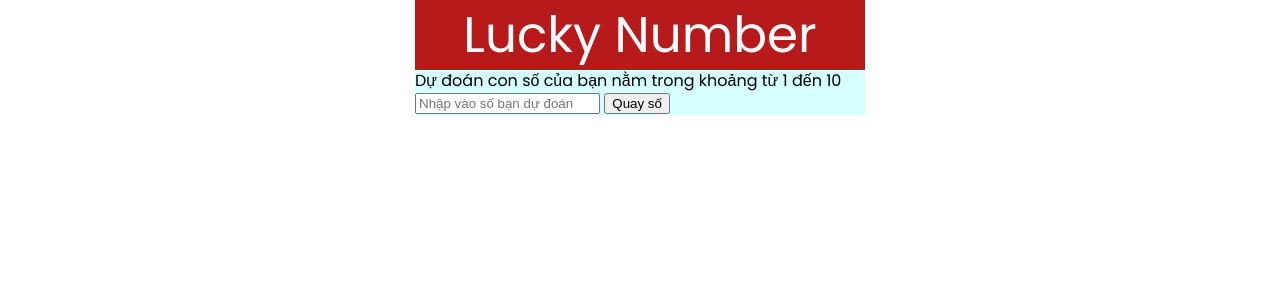
Repository: whis16720/PhuNguyen-C4EJS-D15
Page: index.html
These files come from the project's save history. The page is drawn as it stood at one moment and after the next save; the edit follows.
The browser window is 1280 px wide. The pictures show the whole page.
The style sheet was rebuilt from its Sass, Less or Tailwind sources for each picture, by a compiler version that may differ from the author's.

Above is the page before, as saved 2020-09-22 19:36:58.

### index.html
<!DOCTYPE html>
<html lang="en">
<head>
	<meta charset="UTF-8">
	<meta name="viewport" content="width=device-width, initial-scale=1.0">
	<title>Document</title>
	<link rel="stylesheet" href="style.css">
	<link rel="stylesheet" href="reset.css">
	<link href="https://fonts.googleapis.com/css2?family=Poppins:wght@200;300;400;600;700&display=swap" rel="stylesheet">
	<script src="index.js"></script>
</head>
<body>
	<div class="game">
		<h1 class="game__name">Lucky Number</h1>
		<p class="game__details">Dự đoán con số của bạn nằm trong khoảng từ 1 đến 10</p>
		<form class="game__input">
			<input type="text" placeholder="Nhập vào số bạn dự đoán" class="game__number">
			<button class="game__btn">Quay số</button>
		</form>

	</div>
</body>
</html>

### style.scss
.game {
	font-family: "Poppins", sans-serif;
	line-height: 1.4;
	width: 450px;
	margin: auto;
	background-color: #d6ffff;
	&__name {
		text-align: center;
		font-size: 50px;
		background-color: #b71a1b;
		color: white;
	}
}

Loaded but not shown: reset.css (common file); index.js (no copy from this time; the picture is the same without it)

After the next save:
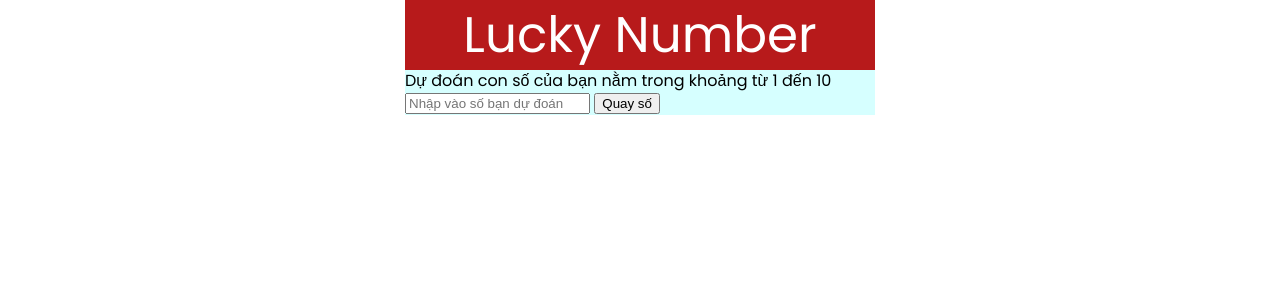
Saved 10 s later.
--- a/style.scss
+++ b/style.scss
@@ -1,7 +1,7 @@
 .game {
 	font-family: "Poppins", sans-serif;
 	line-height: 1.4;
-	width: 450px;
+	width: 470px;
 	margin: auto;
 	background-color: #d6ffff;
 	&__name {
